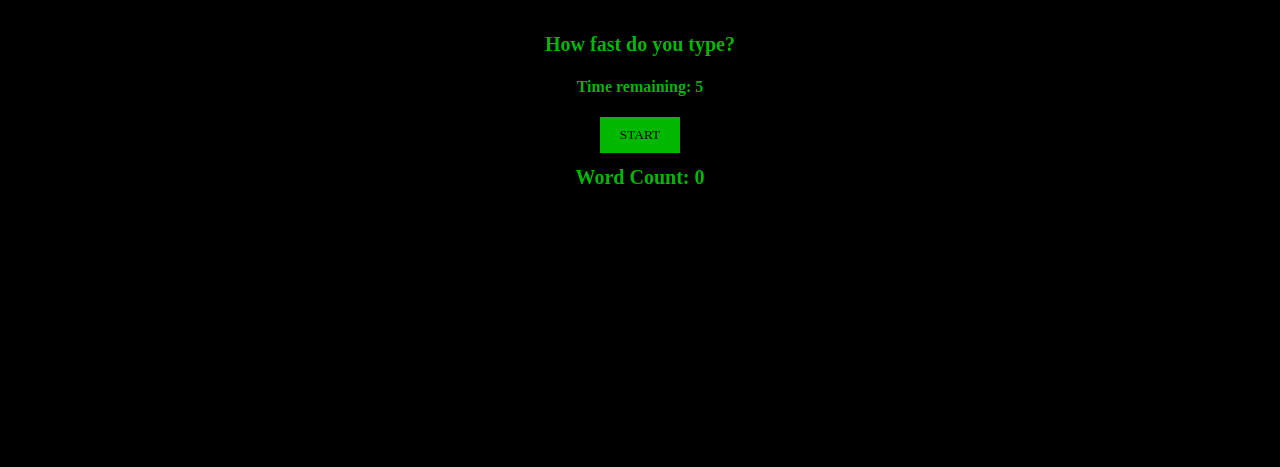
Repository: Lakshyyaa/Speed-Test
Page: /
An editor plug-in stored every save of this project. The page is shown before and after the next save, followed by the edit.
The browser window is 1280 px wide. The pictures show the whole page.
The project was rebuilt for these pictures with package versions that can differ from the ones it lists, and the page was loaded fresh each time. Also part of the build but not shown: src/Logic.js.

Above is the page before, as saved 2023-04-06 00:28:32.

After the next save:
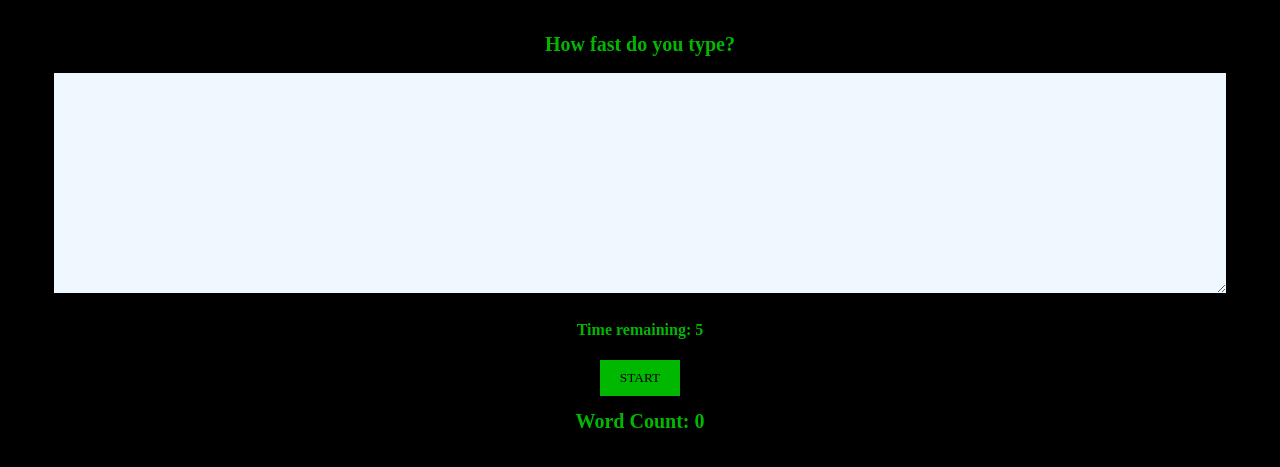
Saved 61 s later.
--- a/src/App.js
+++ b/src/App.js
@@ -43,12 +43,12 @@ function App(props) {
       </div>
       <div ref={maindiv}>
         <h1>How fast do you type?</h1>
-        {/* <textarea
+        <textarea
           onChange={handleChange}
           value={text}
           disabled={!start}
           ref={areaRef}
-        /> */}
+        />
         {/* {wordsArray} */}
         <h4>Time remaining: {time}</h4>
         <button onClick={() => countdown()} disabled={start}>Start</button>
